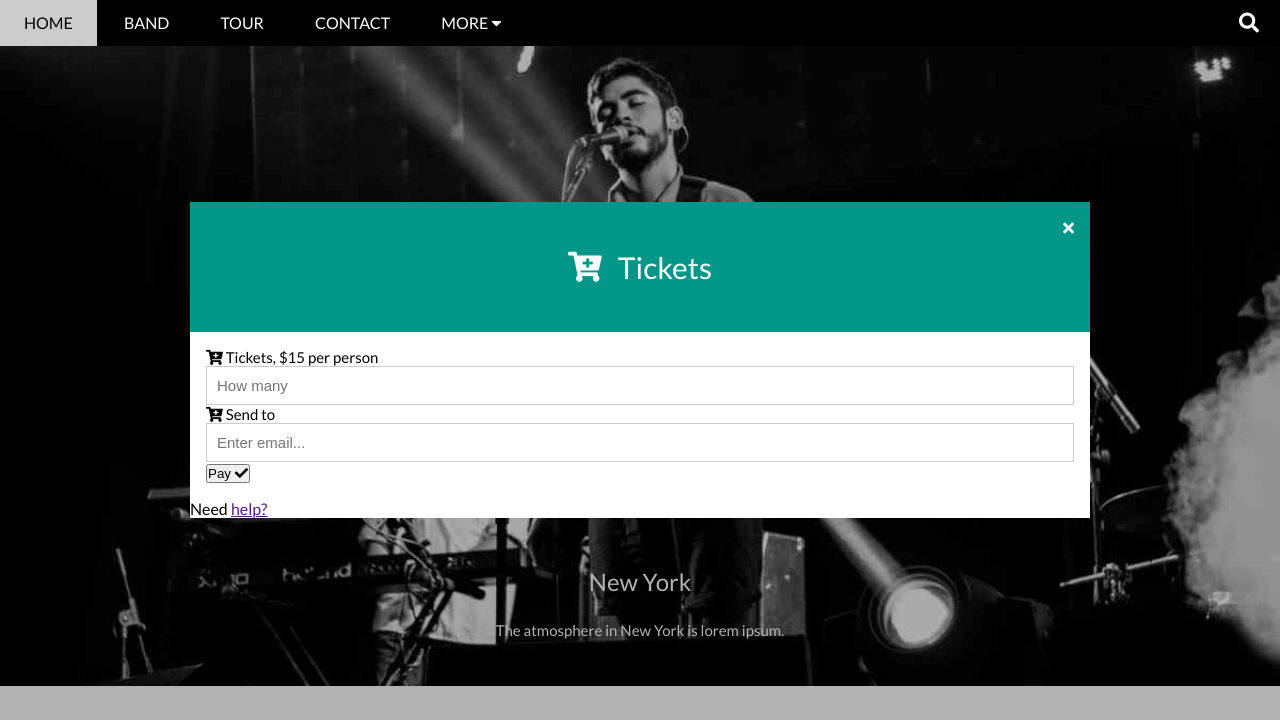
Repository: phunobi1807/theband
Page: index.html
These files come from the project's save history. The page is drawn as it stood at one moment and after the next save; the edit follows.
The browser window is 1280 px wide. The pictures show the window.
A layer covers the whole window, so only the first screen is drawn.

Above is the page before, as saved 2021-07-16 20:03:11.

### index.html
<!DOCTYPE html>
<html lang="en">

<head>
    <meta charset="UTF-8">
    <meta http-equiv="X-UA-Compatible" content="IE=edge">
    <meta name="viewport" content="width=device-width, initial-scale=1.0">
    <title>Document</title>
    <link rel="icon" href="favicon.ico" type="/assets/img/bandmember.jpg" />
    <link rel="stylesheet" href="./assets/css/style.css">
    <link rel="stylesheet" href="https://use.fontawesome.com/releases/v5.15.3/css/all.css"
        integrity="sha384-SZXxX4whJ79/gErwcOYf+zWLeJdY/qpuqC4cAa9rOGUstPomtqpuNWT9wdPEn2fk" crossorigin="anonymous">
</head>

<body>
    <div id="main">
        <div id="header">
            <!-- Begin: Nav  -->
            <ul id="nav">
                <li><a href="">Home</a></li>
                <li><a href="">Band</a></li>
                <li><a href="">Tour</a></li>
                <li><a href="">Contact</a></li>
                <li>
                    <a href="">
                        More
                        <i class="fa fa-caret-down"></i>

                    </a>
                    <ul class="subnav">
                        <li><a href="">Merchandise</a></li>
                        <li><a href="">Extras</a></li>
                        <li><a href="">Media</a></li>
                    </ul>
                </li>
            </ul>
            <!-- END: Nav  -->


            <!-- Begin: Search  -->
            <div class="search-btn">
                <i class="search-icon fas fa-search"></i>
            </div>
            <!-- END: Search  -->
        </div>

        <div id="slider">
            <div class="text-content">
                <h2 class="text-heading">
                    New York
                </h2>
                <div class="text-description">
                    The atmosphere in New York is lorem ipsum.
                </div>
            </div>
        </div>

        <div id="content">

            <!-- About Section  -->
            <div class="content-section">
                <h2 class="section-heading">
                    THE BAND
                </h2>
                <p class="section-sub-heading">
                    We love music
                </p>
                <p class="about-text">
                    We have created a fictional band website. Lorem ipsum dolor sit amet, consectetur adipiscing elit,
                    sed do eiusmod tempor incididunt ut labore et dolore magna aliqua. Ut enim ad minim veniam, quis
                    nostrud exercitation ullamco laboris nisi ut aliquip
                    ex ea commodo consequat. Duis aute irure dolor in reprehenderit in voluptate velit esse cillum
                    dolore eu fugiat nulla pariatur. Excepteur sint occaecat cupidatat non proident, sunt in culpa qui
                    officia deserunt mollit anim id est laborum consectetur
                    adipiscing elit, sed do eiusmod tempor incididunt ut labore et dolore magna aliqua. Ut enim ad minim
                    veniam, quis nostrud exercitation ullamco laboris nisi ut aliquip ex ea commodo consequat.
                </p>
                <div class="members-list">
                    <div class="member-item">
                        <p class="member-name">
                            Name
                        </p>
                        <img src="./assets/img/bandmember.jpg" alt="Name" class="member-img">
                    </div>
                    <div class="member-item">
                        <p class="member-name">
                            Name
                        </p>
                        <img src="./assets/img/bandmember.jpg" alt="Name" class="member-img">
                    </div>
                    <div class="member-item">
                        <p class="member-name">
                            Name
                        </p>
                        <img src="./assets/img/bandmember.jpg" alt="Name" class="member-img">
                    </div>
                </div>
                <div class="clear"></div>
            </div>

            <!-- Tour Section  -->
            <div class="tour-section">
                <div class="content-section">
                    <h2 class="section-heading text-white">
                        TOUR DATES
                    </h2>
                    <p class="section-sub-heading text-white">
                        Remember to book your tickets!
                    </p>
                    <ul class="tickets-list">
                        <li>September <span class="sold-out">Sold out</span></li>
                        <li>October <span class="sold-out">Sold out</span></li>
                        <li>November <span class="quantity">3</span></li>
                    </ul>
                    <!-- Places  -->
                    <div class="places-list">
                        <div class="place-item">
                            <img src="./assets/img/place1.jpg" alt="New York" class="place-img">
                            <div class="place-body">
                                <h3 class="place-heading">
                                    New York
                                </h3>
                                <p class="place-time">
                                    Fri 27 Nov 2016
                                </p>
                                <p class="place-description">
                                    Praesent tincidunt sed tellus ut rutrum sed vitae justo.
                                </p>
                                <a href="#" class="place-buy-btn" onclick="myFunction()">Buy Tickets</a>
                            </div>
                        </div>
                        <div class="place-item">
                            <img src="./assets/img/place2.jpg" alt="New York" class="place-img">
                            <div class="place-body">
                                <h3 class="place-heading">
                                   Paris
                                </h3>
                                <p class="place-time">
                                    Fri 28 Nov 2016
                                </p>
                                <p class="place-description">
                                    Praesent tincidunt sed tellus ut rutrum sed vitae justo.
                                </p>
                                <a href="#" class="place-buy-btn" onclick="myFunction()">Buy Tickets</a>
                            </div>
                        </div>
                        <div class="place-item">
                            <img src="./assets/img/place3.jpg" alt="New York" class="place-img">
                            <div class="place-body">
                                <h3 class="place-heading">
                                    San Francisco
                                </h3>
                                <p class="place-time">
                                    Fri 29 Nov 2016
                                </p>
                                <p class="place-description">
                                    Praesent tincidunt sed tellus ut rutrum sed vitae justo.
                                </p>
                                <a href="#" class="place-buy-btn" onclick="myFunction()">Buy Tickets</a>
                            </div>
                        </div>
                        <div class="clear"></div>
                    </div>
                </div>
            </div>

            <!-- Contact Section  -->
            <div class="content-section">
                <h2 class="section-heading">
                    CONTACT
                </h2>
                <p class="section-sub-heading">
                    Fan? Drop a note!
                </p>
            </div>
        </div>


        <div id="footer">

        </div>
    </div>
    <div class="modal">
            <div class="modal-container">
                <div class="modal-close">
                    <i class="fas fa-times"></i>
                </div>
                <header class="modal-header">
                    <i class="modal-heading-icon fas fa-cart-plus"></i>
                    Tickets
                </header>
                <div class="modal-body">
                    <label for="" class="modal-label">
                        <i class="fas fa-cart-plus"></i>
                        Tickets, $15 per person
                    </label>
                    <input type="text" class="modal-input" placeholder="How many">

                    <label for="" class="modal-label">
                        <i class="fas fa-cart-plus"></i>
                        Send to
                    </label>
                    <input type="email" class="modal-input" placeholder="Enter email...">

                    <button id="buy-tickets">
                        Pay
                        <i class="fas fa-check"></i>
                    </button>
                </div>

                <footer class="modal-footer">
                    <p class="modal-help">
                        Need
                        <a href="">help?</a>
                    </p>
                </footer>
            </div>
    </div>

</body>

</html>

### assets/css/style.css
/* Reset CSS  */

@import url(https://fonts.googleapis.com/css2?family=Lato:wght@100;200;300;400;500;600;800;900&display=swap);
* {
    padding: 0;
    margin: 0;
    box-sizing: border-box;
}

html {
    scroll-behavior: smooth;
    font-family: 'Lato', sans-serif;
}

/*
1.Từ ngoài vào trong
2.Từ trên xuống dưới
3.Tổng quan đến chi tiết
 */

/* 1.Vị trí
    2.Kích thướt
    3.Màu sắc
    4.Kiểu dáng
 */

.clear {
    clear: both;
}

.text-white {
    color: #fff !important;
}

#header {
    height: 46px;
    background-color: #000;
    position: fixed;
    top: 0;
    left: 0;
    right: 0;
    z-index: 1;
}

#nav {
    display: inline-block;
}

#nav, .subnav {
    list-style-type: none;
}

#nav>li {
    display: inline-block;
}

#nav li {
    position: relative;
}

#nav>li:hover>a, #nav .subnav li:hover a {
    color: #000;
    background-color: #ccc;
}

#nav>li>a {
    color: #fff;
    text-transform: uppercase;
}

#nav li a {
    line-height: 46px;
    padding: 0px 24px;
    text-decoration: none;
    display: block;
}

#nav li:hover .subnav {
    display: block;
}

#nav .subnav {
    display: none;
    min-width: 160px;
    position: absolute;
    top: 100%;
    background-color: #fff;
    box-shadow: 0 0 10px rgba(0, 0, 0, 0.3);
}

#nav .subnav a {
    color: #000;
    padding: 0px 12px;
    line-height: 38px;
}

#header .search-btn {
    float: right;
    padding: 0px 21px;
}

#header .search-btn:hover {
    background-color: #f44336;
    cursor: pointer;
}

#header .search-icon {
    color: #fff;
    font-size: 20px;
    line-height: 46px;
}

#slider {
    position: relative;
    margin-top: 46px;
    padding-top: 50%;
    background: url('/assets/img/chicago.jpg') center / cover no-repeat;
}

#slider .text-content {
    position: absolute;
    bottom: 47px;
    color: #fff;
    text-align: center;
    width: 100%;
}

#slider .text-heading {
    font-weight: 500;
    font-size: 24px;
}

#slider .text-description {
    font-size: 15px;
    margin-top: 25px;
}

#content {}

#content .content-section {
    width: 800px;
    padding: 64px 0px;
    margin: auto;
}

#content .section-heading {
    font-size: 30px;
    text-align: center;
    font-weight: 500;
    letter-spacing: 4px;
}

#content .section-sub-heading {
    font-size: 15px;
    text-align: center;
    margin: 25px 0px;
    font-style: italic;
    opacity: 0.6;
}

#content .about-text {
    font-size: 15px;
    text-align: justify;
    line-height: 1.4;
}

#content .members-list {
    margin-top: 48px;
}

#content .member-item {
    float: left;
    width: 33.3333333%;
    text-align: center;
}

#content .member-name {
    font-size: 15px;
}

#content .member-img {
    margin-top: 15px;
    width: 154px;
    border-radius: 4px;
}

/* Tour section  */

.tour-section {
    background-color: #000;
}

.tickets-list {
    background-color: #fff;
    margin-top: 40px;
}

.tickets-list li {
    color: #757575;
    font-size: 15px;
    padding: 11px 16px;
    list-style-type: none;
    border-bottom: 1px solid #ddd;
}

.tickets-list .sold-out {
    background-color: #f44336;
    color: #fff;
    padding: 3px 4px;
    margin-left: 16px;
}

.tickets-list .quantity {
    float: right;
    width: 24px;
    height: 24px;
    background-color: #000;
    color: #fff;
    border-radius: 50%;
    text-align: center;
    line-height: 24px;
    margin-top: -2px;
}

/* Places  */

.places-list {
    margin: 32px -8px 0px;
    padding-bottom: 48px;
}

.place-item {
    float: left;
    width: 33.333333%;
    padding: 0px 8px;
}

.place-img {
    width: 100%;
    display: block;
}

.place-img:hover {
    opacity: 0.6;
}

.place-body {
    padding: 16px;
    font-size: 15px;
    background-color: #fff;
}

.place-heading {
    font-size: 15px;
    font-weight: 600;
}

.place-time {
    margin-top: 15px;
    color: #757575;
}

.place-description {
    margin-top: 15px;
    line-height: 1.4;
}

.place-buy-btn {
    color: #fff;
    background-color: #000;
    text-decoration: none;
    padding: 11px 16px;
    display: inline-block;
    margin-top: 15px;
}

.place-buy-btn:hover {
    color: #000;
    background-color: #ccc;
}

.modal {
    position: fixed;
    top: 0;
    right: 0;
    bottom: 0;
    left: 0;
    background-color: rgba(0, 0, 0, 0.3);
    display: flex;
    align-items: center;
    justify-content: center;
}

.modal-container {
    position: relative;
    background: #fff;
    width: 900px;
    min-height: 200px;
}

.modal-close {
    position: absolute;
    right: 0;
    top: 0;
    color: #fff;
    padding: 16px;
    cursor: pointer;
    opacity: 0.9;
}

.modal-close:hover{
    opacity: 1;
} header.modal-header {
    background: #009688;
    height: 130px;
    display: flex;
    align-items: center;
    justify-content: center;
    font-size: 30px;
    color: #fff;
}

.modal-heading-icon {
    margin-right: 16px;
}
.modal-body
{
    padding: 16px;

}
.modal-label
{
    display: block;
    font-size: 15px;
}
.modal-input
{
    border: 1px solid #ccc;
    width: 100%;
    padding: 10px;
    font-size: 15px;
}

After the next save:
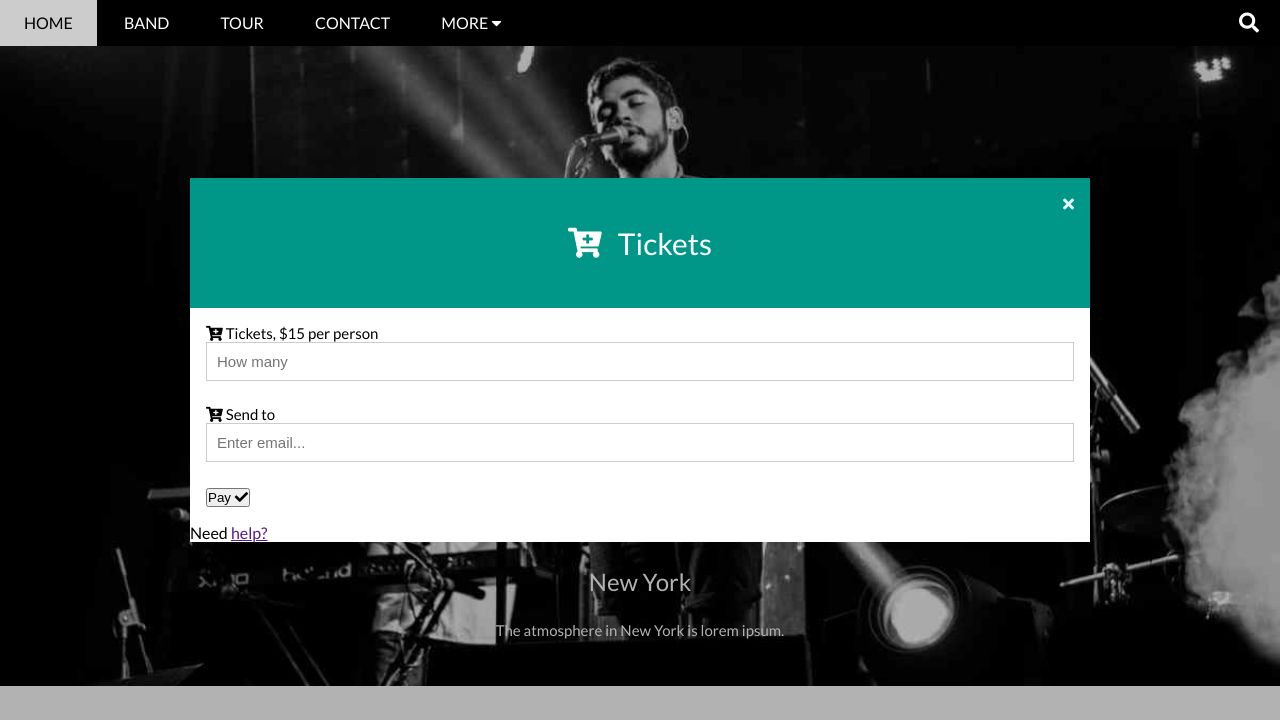
Saved 92 s later.
--- a/assets/css/style.css
+++ b/assets/css/style.css
@@ -339,4 +339,5 @@ html {
     width: 100%;
     padding: 10px;
     font-size: 15px;
-}
+    margin-bottom: 24px;
+}
